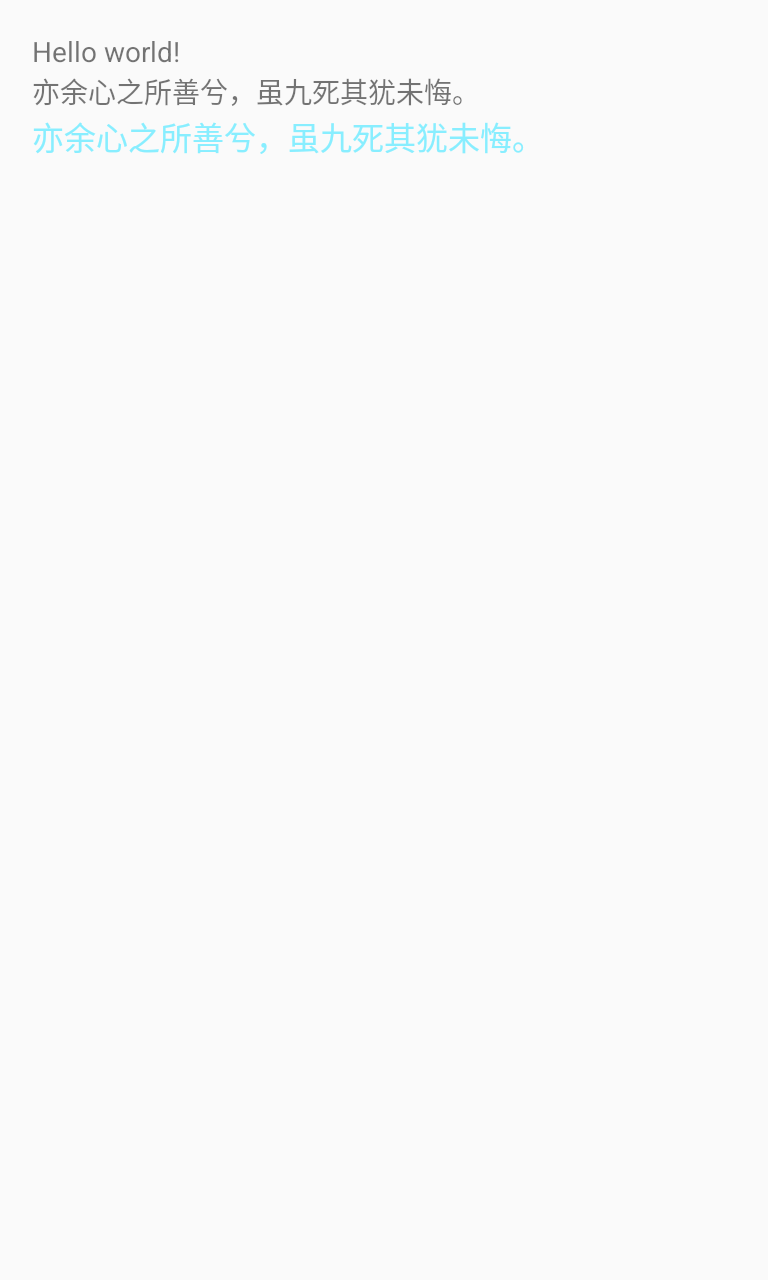
Repository: duhei/cici
Layout: GitHubFrist/res/layout/activity_main.xml
The author's editor kept a copy of each file at every save. The layout is drawn from the files as they stood at one save, then again after the next save.
It is drawn on a 768 x 1280 px phone screen (xhdpi) without system bars, with theme AppTheme; the app's code is not run.

Above is the layout before, as saved 2015-07-10 07:33:56.

### GitHubFrist/res/layout/activity_main.xml
<LinearLayout xmlns:android="http://schemas.android.com/apk/res/android"
    xmlns:tools="http://schemas.android.com/tools"
    android:layout_width="match_parent"
    android:layout_height="match_parent"
    android:paddingBottom="@dimen/activity_vertical_margin"
    android:paddingLeft="@dimen/activity_horizontal_margin"
    android:paddingRight="@dimen/activity_horizontal_margin"
    android:paddingTop="@dimen/activity_vertical_margin"
    tools:context="com.mylove.githubfrist.MainActivity"
    android:orientation="vertical"
    >

    <TextView
        android:layout_width="wrap_content"
        android:layout_height="wrap_content"
        android:text="@string/hello_world" />

    <TextView
        style="@style/warp_content"
        android:text="@string/lisao"
        android:textScaleX="1.5fdp"
        />

    <TextView
        style="@style/warp_textCol"
        android:text="@string/lisao"
        />





</LinearLayout>

### GitHubFrist/res/values/styles.xml
<resources xmlns:android="http://schemas.android.com/apk/res/android">

    <!--
        Base application theme, dependent on API level. This theme is replaced
        by AppBaseTheme from res/values-vXX/styles.xml on newer devices.
    -->
    <style name="AppBaseTheme" parent="Theme.AppCompat.Light">
        <!--
            Theme customizations available in newer API levels can go in
            res/values-vXX/styles.xml, while customizations related to
            backward-compatibility can go here.
        -->
    </style>

    <!-- Application theme. -->
    <style name="AppTheme" parent="AppBaseTheme">
        <!-- All customizations that are NOT specific to a particular API-level can go here. -->
    </style>

    <style name = "warp_content" >
        <item name="android:layout_width">wrap_content</item>
        <item name="android:layout_height">wrap_content</item>
    </style>

    <style name="warp_textCol" parent="warp_content">
        <item name="android:textColor">#FF88EEFF</item>
        <item name="android:textSize">16dp</item>
    </style>


</resources>

### GitHubFrist/res/values/strings.xml
<?xml version="1.0" encoding="utf-8"?>
<resources>

    <string name="app_name">GitHubFrist</string>
    <string name="hello_world">Hello world!</string>
    <string name="action_settings">Settings</string>

    <string name="lisao">亦余心之所善兮，虽九死其犹未悔。</string>
</resources>

Loaded but not shown: GitHubFrist/res/values-v11/styles.xml (common file); GitHubFrist/res/values-v14/styles.xml (common file); GitHubFrist/res/values/dimens.xml (common file); GitHubFrist/res/values-w820dp/dimens.xml (common file)

After the next save:
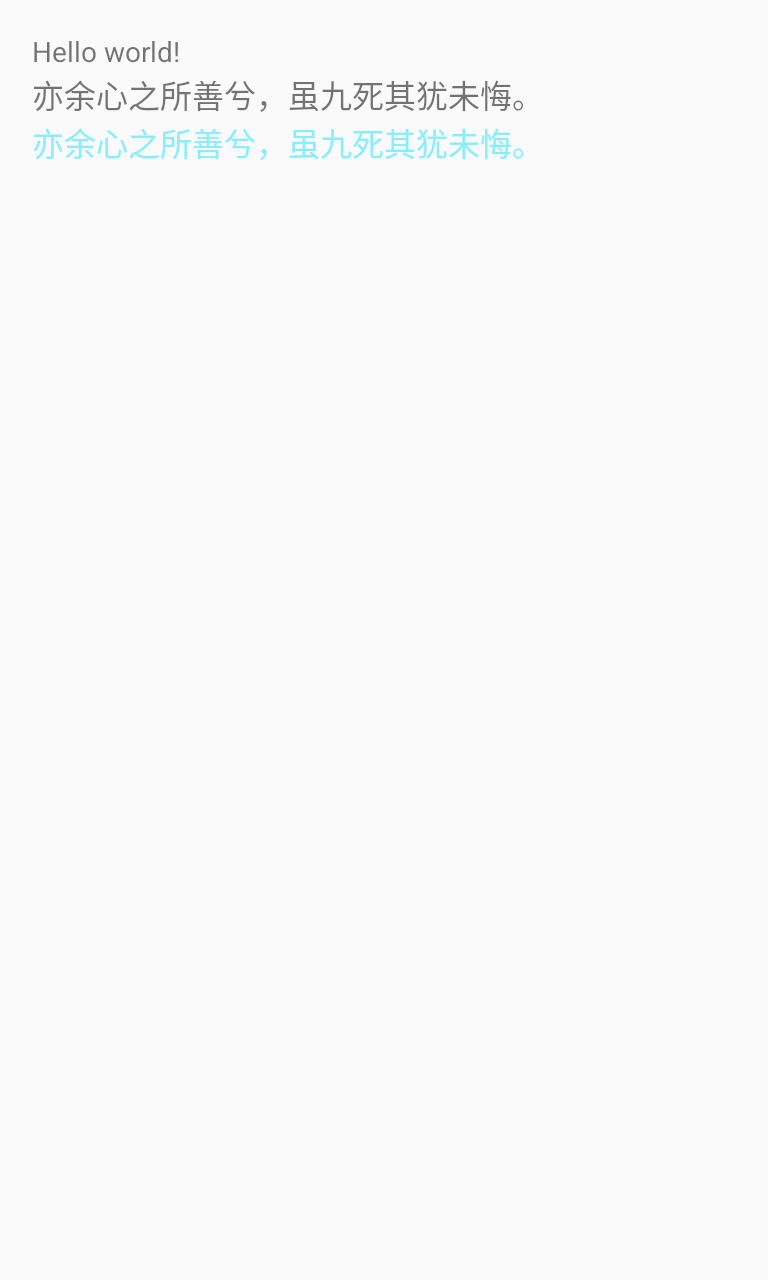
Saved 19 s later.
--- a/GitHubFrist/res/layout/activity_main.xml
+++ b/GitHubFrist/res/layout/activity_main.xml
@@ -18,7 +18,7 @@
     <TextView
         style="@style/warp_content"
         android:text="@string/lisao"
-        android:textScaleX="1.5fdp"
+        android:textSize="16dp"
         />
 
     <TextView
